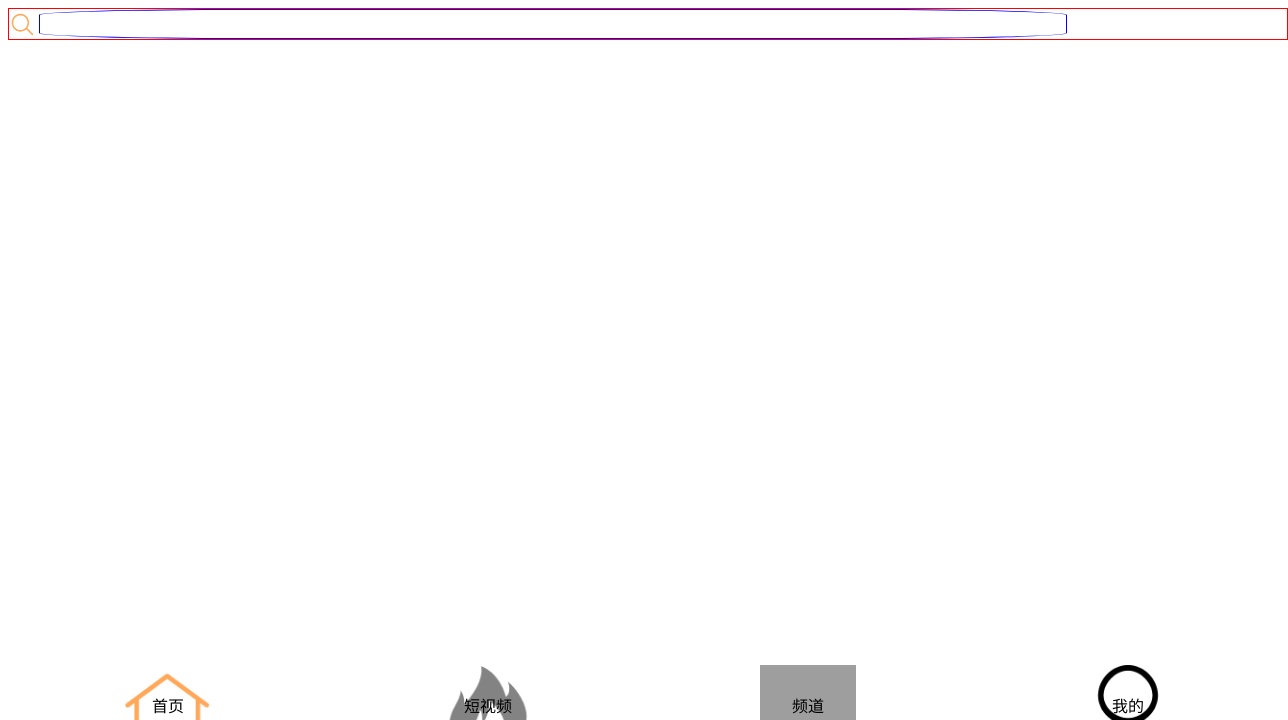
Repository: ITliuxiangyu/H51911Test
Page: video_demo/index.html
An editor plug-in stored every save of this project. The page is shown before and after the next save, followed by the edit.
The browser window is 1280 px wide. The page is 1288 px wide, so the pictures cover 1288 px, including what lies to the right of the window. The pictures show the whole page.
Pictures or frames that could not be fetched are drawn as grey boxes.

Above is the page before, as saved 2019-12-20 10:34:33.

After the next save:
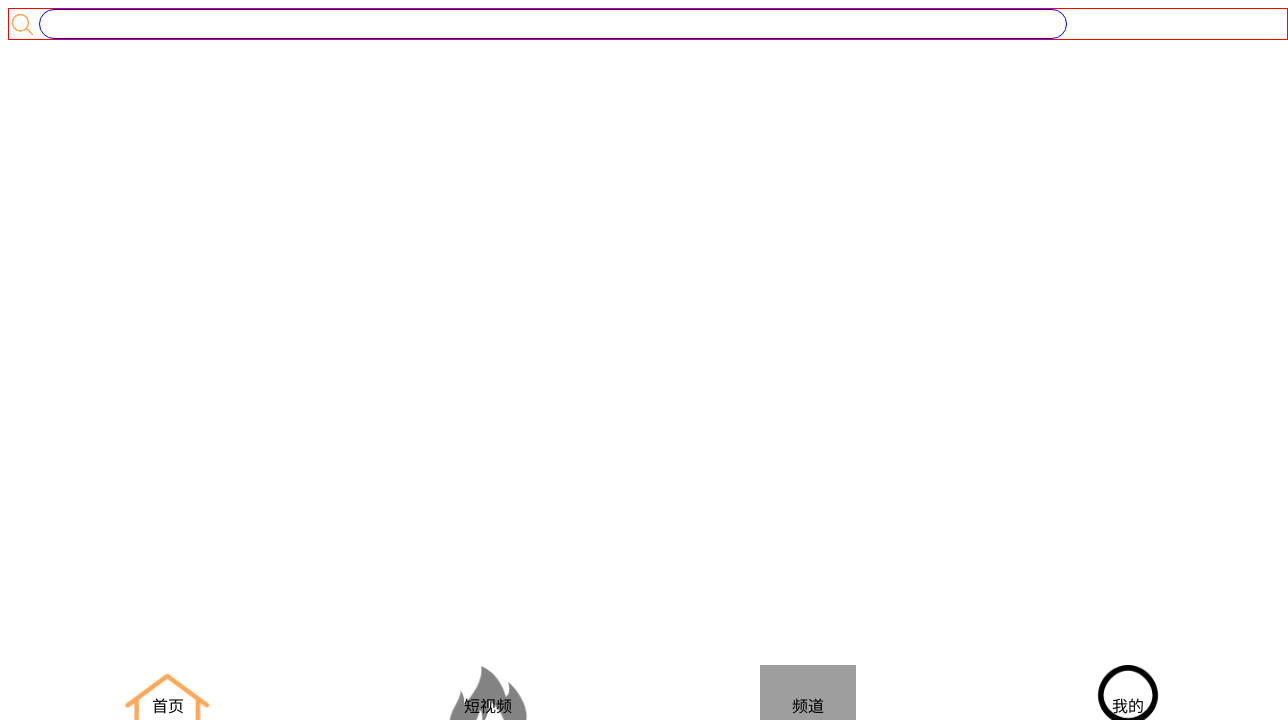
Saved 10 s later.
--- a/video_demo/css/index.css
+++ b/video_demo/css/index.css
@@ -49,7 +49,7 @@
     width: 80%;
     height: 26px;
     border: 1px solid blue;
-    border-radius: 20%;
+    border-radius: 20px;
 }
 
 /* 首页轮播区域的样式 */
